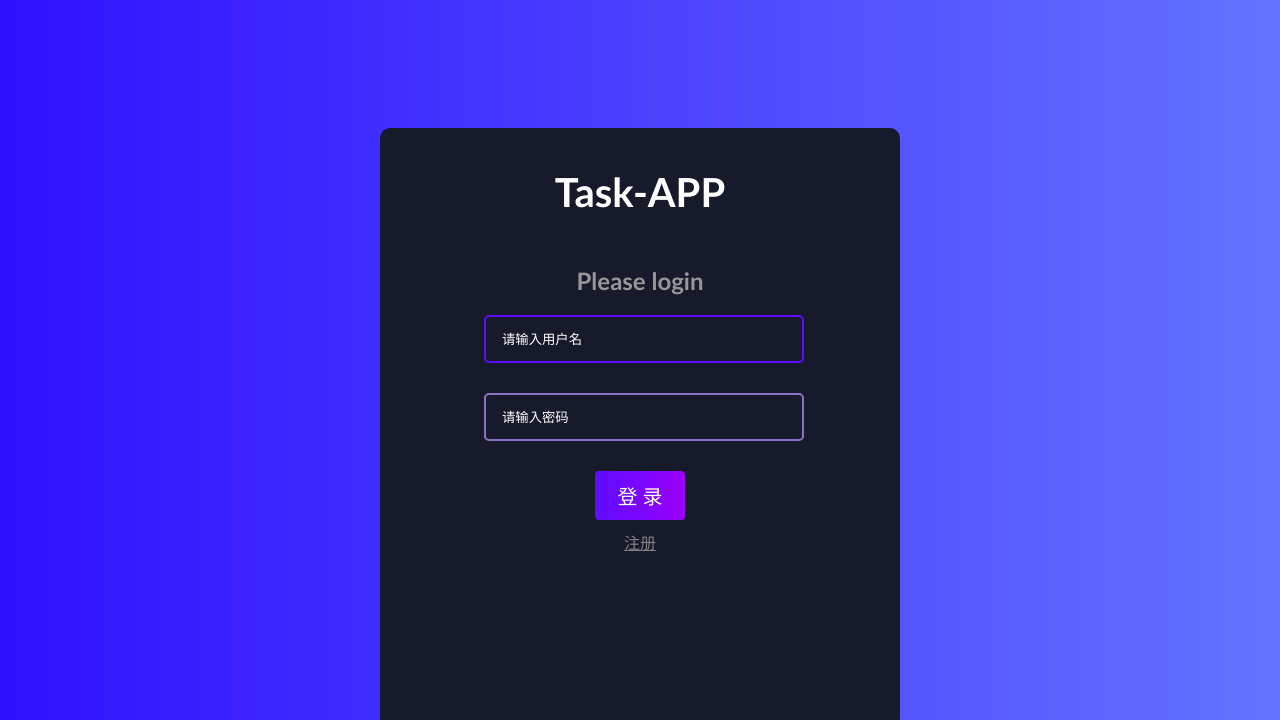
Repository: Azem723/todo-list-app
Page: /
These files come from the project's save history. The page is drawn as it stood at one moment and after the next save; the edit follows.
The browser window is 1280 px wide. The pictures show the whole page.
An inner scrolling area shows only its first screen. The project was rebuilt for these pictures with package versions that can differ from the ones it lists, and the page was loaded fresh each time. Also part of the build but not shown: src/components/todoForm/TodoForm.module.css, src/components/todoForm/TodoForm.jsx, src/components/todoList/TodoList.module.css, src/components/todo/Todo.module.css, src/components/todo/Todo.jsx, src/components/todoList/TodoList.jsx, src/pages/home/Home.jsx, src/pages/NotFoundPages.jsx and 4 more.

Above is the page before, as saved 2021-12-08 11:41:56.

After the next save:
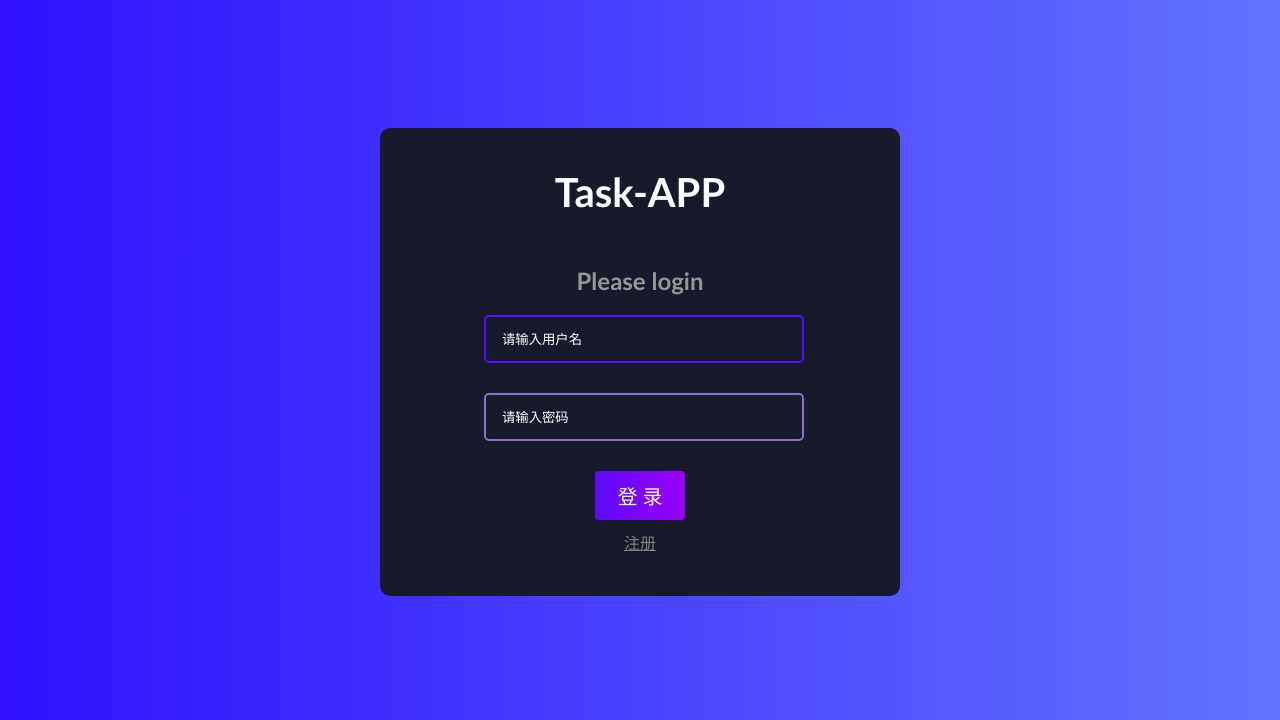
Saved 11 s later.
--- a/src/App.css
+++ b/src/App.css
@@ -29,7 +29,7 @@ body {
   flex-direction: column;
   justify-content: start;
   width: 520px;
-  min-height: 600px;
+  /* min-height: 600px; */
   background: #161a2b;
   text-align: center;
   margin: 128px auto;
